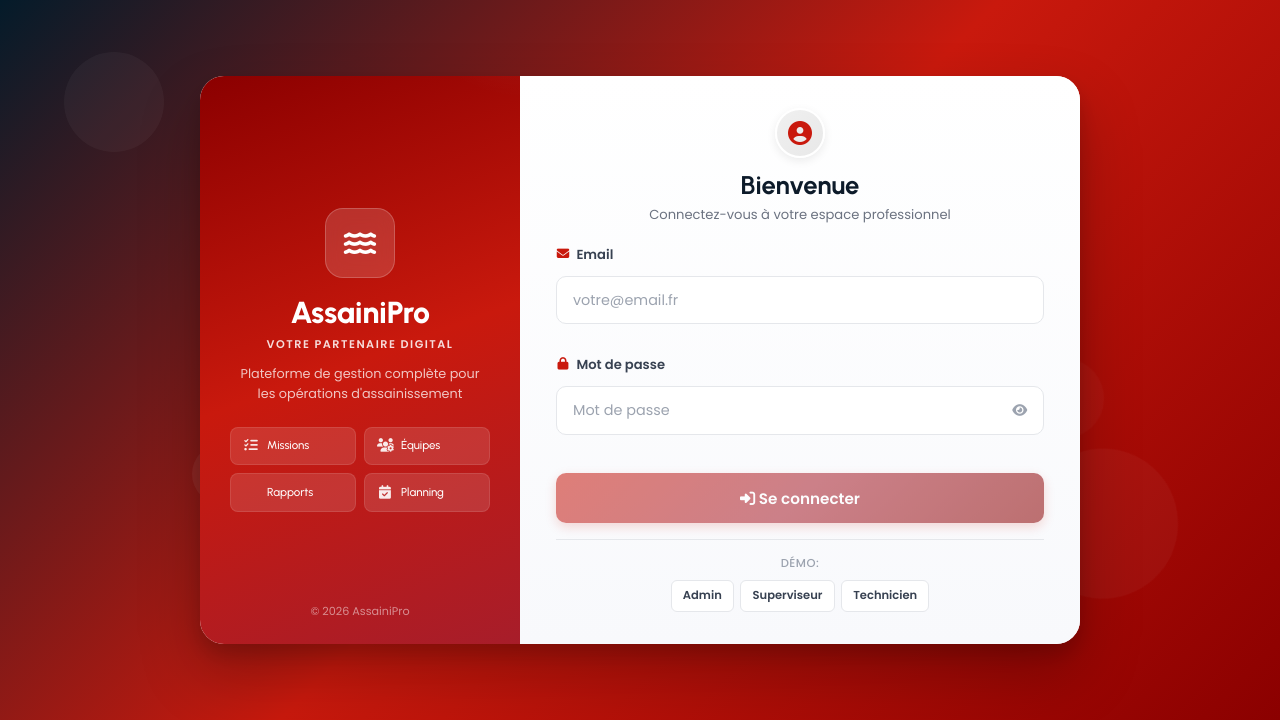
Repository: YoussefTakali/mouhab
Page: / (app in assainissement-frontend/)
These files come from the project's save history. The page is drawn as it stood at one moment and after the next save; the edit follows.
The browser window is 1280 px wide. The pictures show the whole page.
The project was rebuilt for these pictures with package versions that can differ from the ones it lists, and the page was loaded fresh each time. Also part of the build but not shown: assainissement-frontend/angular.json.

Above is the page before, as saved 2026-02-05 19:09:38.

### assainissement-frontend/src/index.html
<!doctype html>
<html lang="fr">
<head>
  <meta charset="utf-8">
  <title>AssainissementPro - Gestion des Interventions</title>
  <base href="/">
  <meta name="viewport" content="width=device-width, initial-scale=1">
  <link rel="icon" type="image/x-icon" href="favicon.ico">
  <link href="https://fonts.googleapis.com/css2?family=Inter:wght@300;400;500;600;700&display=swap" rel="stylesheet">
  <link href="https://fonts.googleapis.com/css2?family=Urbanist:wght@300;400;500;600;700;800&family=Poppins:wght@300;400;500;600;700&display=swap" rel="stylesheet">
  <link href="https://fonts.googleapis.com/icon?family=Material+Icons" rel="stylesheet">
  <link rel="stylesheet" href="https://cdnjs.cloudflare.com/ajax/libs/font-awesome/6.5.1/css/all.min.css" integrity="sha512-DTOQO9RWCH3ppGqcWaEA1BIZOC6xxalwEsw9c2QQeAIftl+Vegovlnee1c9QX4TctnWMn13TZye+giMm8e2LwA==" crossorigin="anonymous" referrerpolicy="no-referrer" />
</head>
<body>
  <app-root></app-root>
</body>
</html>

### assainissement-frontend/src/app/app.component.ts
import { Component } from '@angular/core';
import { RouterOutlet } from '@angular/router';
import { ToastContainerComponent } from './shared/toast-container/toast-container.component';

@Component({
  selector: 'app-root',
  standalone: true,
  imports: [RouterOutlet, ToastContainerComponent],
  template: `
    <router-outlet></router-outlet>
    <app-toast-container />
  `,
  styles: [`
    :host {
      display: block;
      height: 100%;
    }
  `]
})
export class AppComponent {
  title = 'AssainissementPro';
}

### assainissement-frontend/src/app/app.config.ts
import { ApplicationConfig } from '@angular/core';
import { provideRouter } from '@angular/router';
import { provideHttpClient, withInterceptors } from '@angular/common/http';
import { provideAnimations } from '@angular/platform-browser/animations';
import { routes } from './app.routes';
import { authInterceptor } from './core/interceptors/auth.interceptor';

export const appConfig: ApplicationConfig = {
  providers: [
    provideRouter(routes),
    provideHttpClient(withInterceptors([authInterceptor])),
    provideAnimations()
  ]
};

### assainissement-frontend/src/app/core/interceptors/auth.interceptor.ts
import { HttpInterceptorFn, HttpErrorResponse } from '@angular/common/http';
import { inject } from '@angular/core';
import { Router } from '@angular/router';
import { catchError, throwError } from 'rxjs';
import { AuthService } from '../services/auth.service';

export const authInterceptor: HttpInterceptorFn = (req, next) => {
  const authService = inject(AuthService);
  const router = inject(Router);
  const token = authService.getToken();

  let authReq = req;

  if (token) {
    authReq = req.clone({
      setHeaders: {
        Authorization: `Bearer ${token}`
      }
    });
  }

  return next(authReq).pipe(
    catchError((error: HttpErrorResponse) => {
      if (error.status === 401) {
        authService.logout();
      } else if (error.status === 403) {
        router.navigate(['/unauthorized']);
      }
      return throwError(() => error);
    })
  );
};

### assainissement-frontend/src/app/core/services/toast.service.ts
import { Injectable, signal } from '@angular/core';

export interface Toast {
  id: number;
  message: string;
  type: 'success' | 'error' | 'warning' | 'info';
  duration?: number;
}

@Injectable({
  providedIn: 'root'
})
export class ToastService {
  private toastsSignal = signal<Toast[]>([]);
  toasts = this.toastsSignal.asReadonly();

  private nextId = 1;

  show(message: string, type: Toast['type'] = 'info', duration = 4000): void {
    const toast: Toast = {
      id: this.nextId++,
      message,
      type,
      duration
    };

    this.toastsSignal.update(toasts => [...toasts, toast]);

    if (duration > 0) {
      setTimeout(() => this.remove(toast.id), duration);
    }
  }

  success(message: string, duration = 4000): void {
    this.show(message, 'success', duration);
  }

  error(message: string, duration = 5000): void {
    this.show(message, 'error', duration);
  }

  warning(message: string, duration = 4000): void {
    this.show(message, 'warning', duration);
  }

  info(message: string, duration = 4000): void {
    this.show(message, 'info', duration);
  }

  remove(id: number): void {
    this.toastsSignal.update(toasts => toasts.filter(t => t.id !== id));
  }

  clear(): void {
    this.toastsSignal.set([]);
  }
}

### assainissement-frontend/src/app/core/guards/auth.guard.ts
import { inject } from '@angular/core';
import { CanActivateFn, Router } from '@angular/router';
import { AuthService } from '../services/auth.service';

export const authGuard: CanActivateFn = (route, state) => {
  const authService = inject(AuthService);
  const router = inject(Router);

  if (authService.isAuthenticated()) {
    return true;
  }

  router.navigate(['/login'], { queryParams: { returnUrl: state.url } });
  return false;
};

export const roleGuard: CanActivateFn = (route, state) => {
  const authService = inject(AuthService);
  const router = inject(Router);

  if (!authService.isAuthenticated()) {
    router.navigate(['/login'], { queryParams: { returnUrl: state.url } });
    return false;
  }

  const requiredRoles = route.data['roles'] as string[];
  const userRole = authService.currentUser()?.role;

  if (requiredRoles && userRole && requiredRoles.includes(userRole)) {
    return true;
  }

  router.navigate(['/unauthorized']);
  return false;
};

export const supervisorGuard: CanActivateFn = (route, state) => {
  const authService = inject(AuthService);
  const router = inject(Router);

  if (!authService.isAuthenticated()) {
    router.navigate(['/login'], { queryParams: { returnUrl: state.url } });
    return false;
  }

  if (authService.isSupervisor()) {
    return true;
  }

  router.navigate(['/unauthorized']);
  return false;
};

export const hrGuard: CanActivateFn = (route, state) => {
  const authService = inject(AuthService);
  const router = inject(Router);

  if (!authService.isAuthenticated()) {
    router.navigate(['/login'], { queryParams: { returnUrl: state.url } });
    return false;
  }

  if (authService.isHR()) {
    return true;
  }

  router.navigate(['/unauthorized']);
  return false;
};

export const guestGuard: CanActivateFn = (route, state) => {
  const authService = inject(AuthService);
  const router = inject(Router);

  if (!authService.isAuthenticated()) {
    return true;
  }

  router.navigate(['/dashboard']);
  return false;
};

### assainissement-frontend/src/app/features/auth/login/login.component.ts
import { Component, inject, signal } from '@angular/core';
import { CommonModule } from '@angular/common';
import { FormBuilder, FormGroup, ReactiveFormsModule, Validators } from '@angular/forms';
import { Router, RouterLink, ActivatedRoute } from '@angular/router';
import { AuthService } from '../../../core/services/auth.service';

@Component({
  selector: 'app-login',
  standalone: true,
  imports: [CommonModule, ReactiveFormsModule, RouterLink],
  template: `
    <!-- Full Page Red Background -->
    <div class="login-page">
      <!-- Animated Shapes on Background -->
      <div class="animated-bg">
        <div class="shape shape-1"></div>
        <div class="shape shape-2"></div>
        <div class="shape shape-3"></div>
        <div class="shape shape-4"></div>
      </div>

      <!-- Centered Split Card -->
      <div class="split-card">
        <!-- Left Side - Branding -->
        <div class="card-left">
          <div class="left-decoration"></div>
          <div class="brand-content">
            <div class="brand-logo">
              <i class="fas fa-water"></i>
            </div>
            <h1 class="brand-title">AssainiPro</h1>
            <p class="brand-tagline">Votre partenaire digital</p>
            <p class="brand-subtitle">Plateforme de gestion complète pour les opérations d'assainissement</p>
            <div class="brand-features">
              <div class="feature-item">
                <i class="fas fa-tasks"></i>
                <span>Missions</span>
              </div>
              <div class="feature-item">
                <i class="fas fa-users-cog"></i>
                <span>Équipes</span>
              </div>
              <div class="feature-item">
                <i class="fas fa-analytics"></i>
                <span>Rapports</span>
              </div>
              <div class="feature-item">
                <i class="fas fa-calendar-check"></i>
                <span>Planning</span>
              </div>
            </div>
          </div>
          <div class="brand-footer">
            <p>© 2026 AssainiPro</p>
          </div>
        </div>

        <!-- Right Side - Login Form -->
        <div class="card-right">
          <div class="login-header">
            <div class="welcome-icon">
              <i class="fas fa-user-circle"></i>
            </div>
            <h2>Bienvenue</h2>
            <p>Connectez-vous à votre espace professionnel</p>
          </div>

          <form [formGroup]="loginForm" (ngSubmit)="onSubmit()" class="login-form">
            <div class="error-message" *ngIf="errorMessage()">
              <i class="fas fa-exclamation-circle"></i>
              {{ errorMessage() }}
            </div>

            <div class="form-group">
              <label for="email" class="form-label">
                <i class="fas fa-envelope"></i> Email
              </label>
              <div class="input-wrapper">
                <input
                  id="email"
                  type="email"
                  formControlName="email"
                  class="form-input"
                  [class.error]="loginForm.get('email')?.invalid && loginForm.get('email')?.touched"
                  placeholder="votre&#64;email.fr"
                />
              </div>
              <div class="form-error" *ngIf="loginForm.get('email')?.invalid && loginForm.get('email')?.touched">
                <span *ngIf="loginForm.get('email')?.errors?.['required']">Email requis</span>
                <span *ngIf="loginForm.get('email')?.errors?.['email']">Format invalide</span>
              </div>
            </div>

            <div class="form-group">
              <label for="password" class="form-label">
                <i class="fas fa-lock"></i> Mot de passe
              </label>
              <div class="input-wrapper">
                <input
                  id="password"
                  [type]="showPassword() ? 'text' : 'password'"
                  formControlName="password"
                  class="form-input"
                  [class.error]="loginForm.get('password')?.invalid && loginForm.get('password')?.touched"
                  placeholder="Mot de passe"
                />
                <button type="button" class="password-toggle" (click)="togglePassword()" tabindex="-1">
                  <i [class]="showPassword() ? 'fas fa-eye-slash' : 'fas fa-eye'"></i>
                </button>
              </div>
              <div class="form-error" *ngIf="loginForm.get('password')?.invalid && loginForm.get('password')?.touched">
                <span *ngIf="loginForm.get('password')?.errors?.['required']">Mot de passe requis</span>
              </div>
            </div>

            <button type="submit" class="login-btn" [disabled]="isLoading() || loginForm.invalid">
              <span *ngIf="!isLoading()"><i class="fas fa-sign-in-alt"></i> Se connecter</span>
              <span *ngIf="isLoading()"><i class="fas fa-spinner fa-spin"></i> Connexion...</span>
            </button>
          </form>

          <div class="demo-section">
            <span class="demo-label">Démo:</span>
            <div class="demo-btns">
              <button type="button" (click)="loginAsDemo('admin@assainissement.fr', 'admin123')">Admin</button>
              <button type="button" (click)="loginAsDemo('supervisor@assainissement.fr', 'super123')">Superviseur</button>
              <button type="button" (click)="loginAsDemo('worker1@assainissement.fr', 'worker123')">Technicien</button>
            </div>
          </div>
        </div>
      </div>
    </div>
  `,
  styles: [`
    /* ==================== FULL PAGE RED BG WITH CENTERED SPLIT CARD ==================== */

    .login-page {
      height: 100vh;
      width: 100vw;
      background: linear-gradient(135deg, #041b2a 0%, #C9190D 50%, #8B0000 100%);
      display: flex;
      align-items: center;
      justify-content: center;
      position: relative;
      overflow: hidden;
    }

    /* Animated Background Shapes */
    .animated-bg {
      position: absolute;
      top: 0;
      left: 0;
      width: 100%;
      height: 100%;
      pointer-events: none;
      z-index: 1;
    }

    .shape {
      position: absolute;
      background: rgba(255, 255, 255, 0.06);
      border-radius: 50%;
      animation: float 10s ease-in-out infinite;
    }

    .shape-1 { width: 100px; height: 100px; top: 10%; left: 5%; animation-delay: 0s; }
    .shape-2 { width: 150px; height: 150px; bottom: 15%; right: 8%; animation-delay: 2s; }
    .shape-3 { width: 80px; height: 80px; top: 50%; left: 80%; animation-delay: 4s; }
    .shape-4 { width: 60px; height: 60px; bottom: 30%; left: 15%; animation-delay: 6s; }

    @keyframes float {
      0%, 100% { transform: translateY(0) rotate(0deg); opacity: 0.4; }
      50% { transform: translateY(-20px) rotate(180deg); opacity: 0.7; }
    }

    /* Centered Split Card */
    .split-card {
      display: flex;
      background: white;
      border-radius: 24px;
      overflow: visible;
      box-shadow:
        0 30px 60px rgba(0, 0, 0, 0.25),
        0 10px 20px rgba(0, 0, 0, 0.15),
        inset 0 1px 0 rgba(255, 255, 255, 0.1);
      z-index: 2;
      max-width: 880px;
      width: 90%;
    }

    /* Left Side - Branding */
    .card-left {
      flex: 0 0 320px;
      background: linear-gradient(160deg, #8B0000 0%, #C9190D 50%, #a71d2a 100%);
      padding: 2rem 1.5rem;
      display: flex;
      flex-direction: column;
      align-items: center;
      justify-content: center;
      text-align: center;
      position: relative;
      overflow: hidden;
      border-radius: 24px 0 0 24px;
    }

    .left-decoration {
      position: absolute;
      top: -40%;
      right: -40%;
      width: 250px;
      height: 250px;
      background: radial-gradient(circle, rgba(255, 255, 255, 0.1) 0%, transparent 70%);
      border-radius: 50%;
    }

    .brand-content {
      position: relative;
      z-index: 2;
    }

    .brand-logo {
      width: 70px;
      height: 70px;
      background: rgba(255, 255, 255, 0.15);
      border-radius: 18px;
      display: flex;
      align-items: center;
      justify-content: center;
      margin: 0 auto 1rem;
      backdrop-filter: blur(10px);
      border: 1px solid rgba(255, 255, 255, 0.2);
      transition: transform 0.3s ease;
    }

    .brand-logo:hover {
      transform: scale(1.05);
    }

    .brand-logo i {
      font-size: 1.8rem;
      color: white;
    }

    .brand-title {
      font-family: "Urbanist", sans-serif;
      font-size: 1.9rem;
      font-weight: 800;
      color: white;
      margin: 0 0 0.2rem 0;
      letter-spacing: -0.3px;
    }

    .brand-tagline {
      font-family: "Poppins", sans-serif;
      font-size: 0.7rem;
      font-weight: 600;
      color: rgba(255, 255, 255, 0.85);
      text-transform: uppercase;
      letter-spacing: 1.5px;
      margin: 0 0 0.75rem 0;
    }

    .brand-subtitle {
      font-family: "Poppins", sans-serif;
      font-size: 0.8rem;
      color: rgba(255, 255, 255, 0.75);
      margin: 0 0 1.5rem 0;
      line-height: 1.5;
      max-width: 260px;
    }

    .brand-features {
      display: grid;
      grid-template-columns: repeat(2, 1fr);
      gap: 0.5rem;
      width: 100%;
      max-width: 260px;
    }

    .feature-item {
      display: flex;
      align-items: center;
      gap: 0.5rem;
      background: rgba(255, 255, 255, 0.12);
      padding: 0.6rem 0.75rem;
      border-radius: 8px;
      color: white;
      font-size: 0.72rem;
      font-weight: 500;
      border: 1px solid rgba(255, 255, 255, 0.1);
      transition: all 0.3s ease;
    }

    .feature-item:hover {
      background: rgba(255, 255, 255, 0.2);
    }

    .feature-item i {
      font-size: 0.85rem;
      color: white;
      opacity: 0.9;
      width: 16px;
      text-align: center;
    }

    .brand-footer {
      position: absolute;
      bottom: 1.5rem;
      left: 0;
      right: 0;
      text-align: center;
    }

    .brand-footer p {
      font-family: "Poppins", sans-serif;
      font-size: 0.7rem;
      color: rgba(255, 255, 255, 0.5);
      margin: 0;
    }

    /* Right Side - Form */
    .card-right {
      flex: 1;
      padding: 2rem 2.25rem;
      display: flex;
      flex-direction: column;
      justify-content: center;
      background: linear-gradient(180deg, #ffffff 0%, #f8f9fc 100%);
      border-radius: 0 24px 24px 0;
      min-height: 0;
    }

    .login-header {
      text-align: center;
      margin-bottom: 1.25rem;
    }

    .welcome-icon {
      width: 50px;
      height: 50px;
      background: linear-gradient(135deg, #f0f0f0 0%, #e8e8e8 100%);
      border-radius: 50%;
      display: flex;
      align-items: center;
      justify-content: center;
      margin: 0 auto 0.75rem;
      border: 2px solid white;
      box-shadow: 0 3px 10px rgba(0, 0, 0, 0.08);
    }

    .welcome-icon i {
      font-size: 1.5rem;
      color: #C9190D;
    }

    .login-header h2 {
      font-family: "Urbanist", sans-serif;
      font-size: 1.6rem;
      font-weight: 700;
      color: #0d1b2a;
      margin: 0 0 0.25rem 0;
    }

    .login-header p {
      font-family: "Poppins", sans-serif;
      color: #6b7280;
      font-size: 0.82rem;
      margin: 0;
      line-height: 1.4;
    }

    /* Form Styles */
    .login-form {
      display: flex;
      flex-direction: column;
      gap: 0.9rem;
    }

    .form-group {
      display: flex;
      flex-direction: column;
      gap: 0.35rem;
    }

    .form-label {
      display: flex;
      align-items: center;
      gap: 0.4rem;
      font-weight: 600;
      color: #374151;
      font-size: 0.82rem;
      font-family: "Poppins", sans-serif;
    }

    .form-label i {
      color: #C9190D;
      font-size: 0.78rem;
      width: 14px;
      text-align: center;
    }

    .input-wrapper {
      position: relative;
    }

    .form-input {
      width: 100%;
      padding: 0.8rem 2.5rem 0.8rem 1rem;
      border: 1.5px solid #e5e7eb;
      border-radius: 10px;
      font-size: 0.9rem;
      font-family: "Poppins", sans-serif;
      transition: all 0.25s ease;
      background: white;
      color: #0d1b2a;
      box-sizing: border-box;
    }

    .form-input:focus {
      outline: none;
      border-color: #C9190D;
      box-shadow: 0 0 0 3px rgba(201, 25, 13, 0.08);
    }

    .form-input.error {
      border-color: #C9190D;
      background: #fef2f2;
    }

    .form-input::placeholder {
      color: #9ca3af;
      font-weight: 400;
    }

    .password-toggle {
      position: absolute;
      right: 0.75rem;
      top: 50%;
      transform: translateY(-50%);
      background: none;
      border: none;
      color: #9ca3af;
      cursor: pointer;
      padding: 0.3rem;
      border-radius: 4px;
      transition: all 0.2s ease;
    }

    .password-toggle:hover {
      color: #C9190D;
    }

    /* Error Messages */
    .error-message {
      background: linear-gradient(135deg, #dc2626 0%, #b91c1c 100%);
      color: white;
      padding: 0.7rem 1rem;
      border-radius: 8px;
      display: flex;
      align-items: center;
      gap: 0.5rem;
      font-size: 0.82rem;
      font-weight: 500;
    }

    .form-error {
      color: #dc2626;
      font-size: 0.75rem;
      font-weight: 500;
    }

    /* Login Button */
    .login-btn {
      background: linear-gradient(135deg, #C9190D 0%, #a71d2a 50%, #8B0000 100%);
      color: white;
      border: none;
      padding: 0.85rem 1.5rem;
      border-radius: 10px;
      font-size: 0.95rem;
      font-weight: 600;
      font-family: "Poppins", sans-serif;
      cursor: pointer;
      transition: all 0.3s ease;
      box-shadow: 0 4px 12px rgba(201, 25, 13, 0.3);
      display: flex;
      align-items: center;
      justify-content: center;
      gap: 0.5rem;
      margin-top: 0.5rem;
    }

    .login-btn:hover:not(:disabled) {
      transform: translateY(-2px);
      box-shadow: 0 6px 18px rgba(201, 25, 13, 0.4);
    }

    .login-btn:disabled {
      opacity: 0.55;
      cursor: not-allowed;
    }

    /* Demo Section */
    .demo-section {
      margin-top: 1rem;
      padding-top: 0.9rem;
      border-top: 1px solid #e5e7eb;
      text-align: center;
    }

    .demo-label {
      font-size: 0.72rem;
      color: #9ca3af;
      font-family: "Poppins", sans-serif;
      display: block;
      margin-bottom: 0.5rem;
      text-transform: uppercase;
      letter-spacing: 0.5px;
      font-weight: 500;
    }

    .demo-btns {
      display: flex;
      gap: 0.4rem;
      justify-content: center;
      flex-wrap: wrap;
    }

    .demo-btns button {
      background: white;
      border: 1px solid #e5e7eb;
      padding: 0.4rem 0.7rem;
      border-radius: 6px;
      font-size: 0.72rem;
      font-family: "Poppins", sans-serif;
      cursor: pointer;
      transition: all 0.2s ease;
      font-weight: 600;
      color: #374151;
    }

    .demo-btns button:hover {
      background: #C9190D;
      color: white;
      border-color: #C9190D;
    }

    /* Responsive */
    @media (max-width: 768px) {
      .split-card {
        flex-direction: column;
        max-height: none;
        height: auto;
        max-width: 420px;
      }

      .card-left {
        padding: 2rem 1.5rem;
        min-width: auto;
      }

      .brand-features {
        display: none;
      }

      .brand-subtitle {
        margin-bottom: 0;
      }

      .brand-footer {
        display: none;
      }

      .card-right {
        min-width: auto;
        padding: 2rem 1.5rem;
      }

      .welcome-icon {
        width: 50px;
        height: 50px;
      }

      .welcome-icon i {
        font-size: 1.5rem;
      }
    }

    @media (max-width: 480px) {
      .login-page {
        padding: 0.75rem;
      }

      .split-card {
        width: 100%;
        border-radius: 20px;
      }

      .card-left {
        padding: 1.5rem 1rem;
      }

      .brand-logo {
        width: 60px;
        height: 60px;
      }

      .brand-logo i {
        font-size: 1.6rem;
      }

      .brand-title {
        font-size: 1.6rem;
      }

      .brand-tagline {
        font-size: 0.7rem;
      }

      .brand-subtitle {
        display: none;
      }

      .card-right {
        padding: 1.5rem 1.25rem;
      }

      .login-header h2 {
        font-size: 1.5rem;
      }

      .demo-btns {
        flex-direction: column;
      }

      .demo-btns button {
        width: 100%;
      }
    }
  `]
})
export class LoginComponent {
  private readonly fb = inject(FormBuilder);
  private readonly authService = inject(AuthService);
  private readonly router = inject(Router);
  private readonly route = inject(ActivatedRoute);

  loginForm: FormGroup;
  showPassword = signal(false);
  isLoading = signal(false);
  errorMessage = signal<string | null>(null);

  constructor() {
    this.loginForm = this.fb.group({
      email: ['', [Validators.required, Validators.email]],
      password: ['', [Validators.required]],
      rememberMe: [false]
    });
  }

  togglePassword(): void {
    this.showPassword.update(v => !v);
  }

  onSubmit(): void {
    if (this.loginForm.invalid) {
      this.loginForm.markAllAsTouched();
      return;
    }

    this.isLoading.set(true);
    this.errorMessage.set(null);

    const { email, password } = this.loginForm.value;

    this.authService.login({ email, password }).subscribe({
      next: () => {
        const returnUrl = this.route.snapshot.queryParams['returnUrl'] || '/dashboard';
        this.router.navigateByUrl(returnUrl);
      },
      error: (error: { status: number }) => {
        this.isLoading.set(false);
        if (error.status === 401) {
          this.errorMessage.set('Email ou mot de passe incorrect');
        } else {
          this.errorMessage.set('Une erreur est survenue. Veuillez réessayer.');
        }
      }
    });
  }

  loginAsDemo(email: string, password: string): void {
    this.loginForm.patchValue({ email, password });
    this.onSubmit();
  }
}

Loaded but not shown: assainissement-frontend/src/main.ts (common file); assainissement-frontend/src/environments/environment.ts (common file); assainissement-frontend/src/styles.scss (628 lines, source omitted); assainissement-frontend/src/app/core/services/auth.service.ts (115 lines, source omitted); assainissement-frontend/src/app/app.routes.ts (73 lines, source omitted); assainissement-frontend/src/app/shared/toast-container/toast-container.component.ts (119 lines, source omitted)

After the next save:
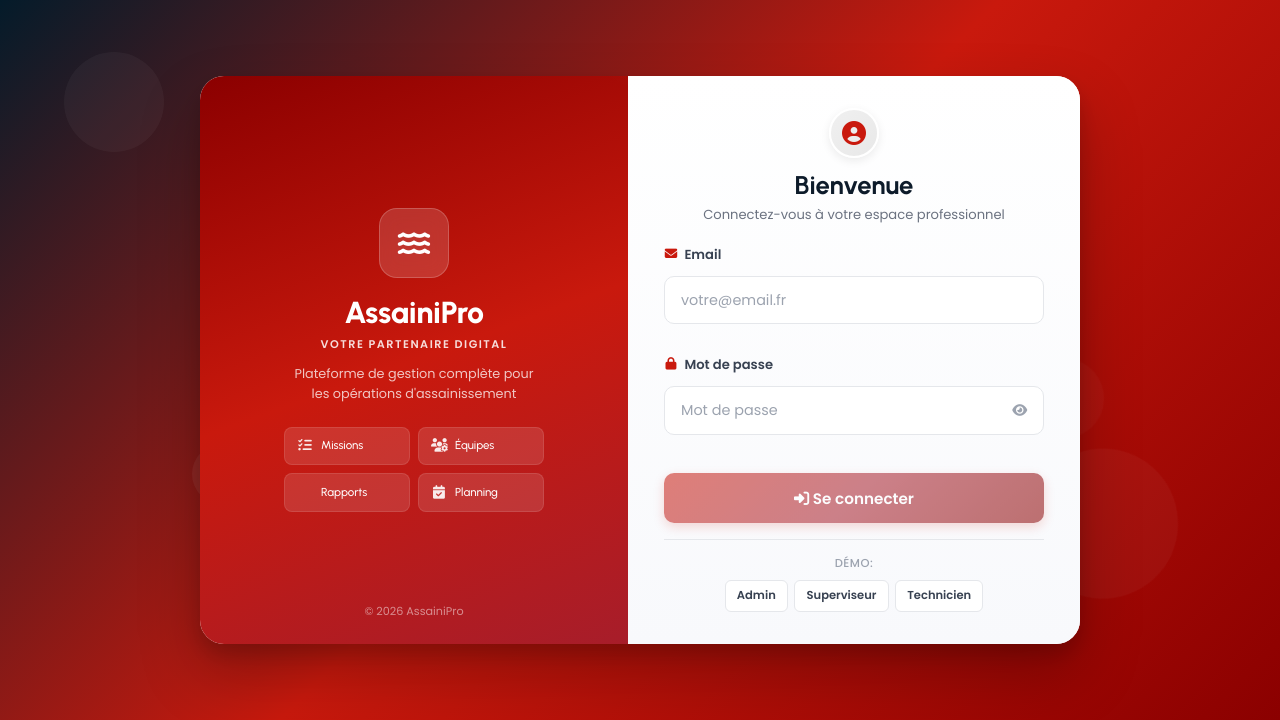
Saved 27 s later.
--- a/assainissement-frontend/src/app/features/auth/login/login.component.ts
+++ b/assainissement-frontend/src/app/features/auth/login/login.component.ts
@@ -190,7 +190,7 @@ import { AuthService } from '../../../core/services/auth.service';
 
     /* Left Side - Branding */
     .card-left {
-      flex: 0 0 320px;
+      flex: 1;
       background: linear-gradient(160deg, #8B0000 0%, #C9190D 50%, #a71d2a 100%);
       padding: 2rem 1.5rem;
       display: flex;
